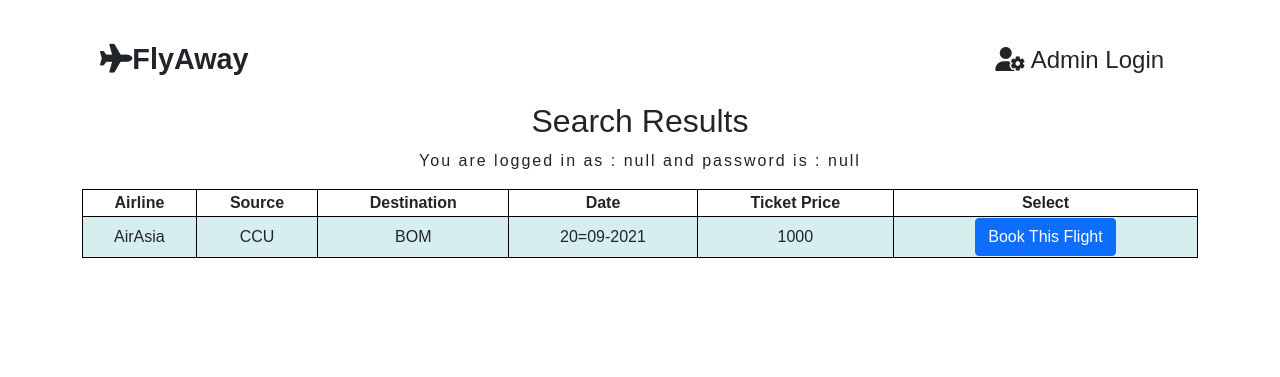
Repository: Niks4u2/FlyAway
Page: http://localhost/flyaway/search-results.jsp
The author's editor kept a copy of each file at every save. The page is drawn from the files as they stood at one save, then again after the next save.
The browser window is 1280 px wide. The pictures show the whole page.
Some web fonts or font styles are not loaded; a fallback is used. Some web libraries are served in a nearby version. The page is served by Tomcat 10.

Above is the page before, as saved 2021-09-26 16:23:37.

After the next save:
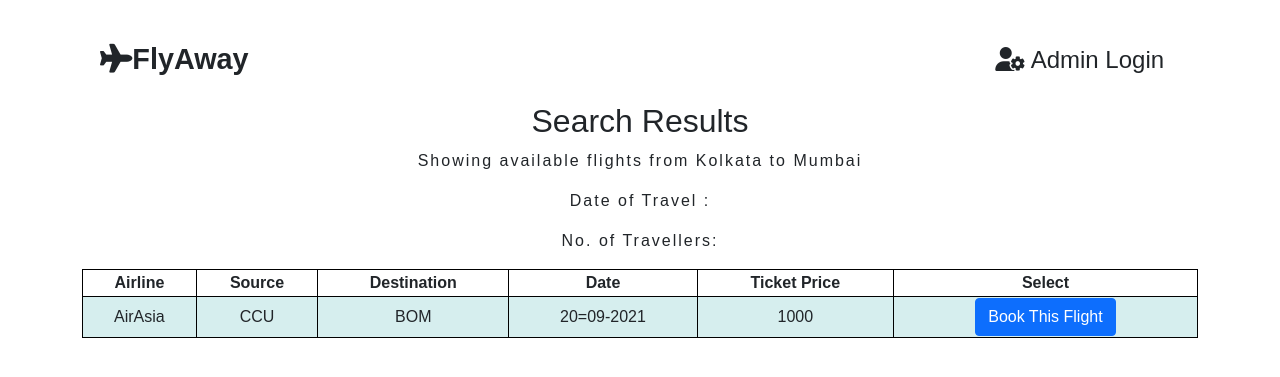
Saved 2 min 25 s later.
--- a/Source Code/flyaway/src/main/webapp/search-results.jsp
+++ b/Source Code/flyaway/src/main/webapp/search-results.jsp
@@ -96,12 +96,9 @@ table, th, td {
 			</div>
 			<div class="col-md-12 text-center text-dark">
 				<h2>Search Results</h2>
-				<p>
-					You are logged in as :
-					<%= session.getAttribute("email") %>
-					and password is :
-					<%= session.getAttribute("password") %>
-				</p>
+                <p>Showing available flights from Kolkata to Mumbai</p>
+                <p>Date of Travel : </p>
+                <p>No. of Travellers: </p>
 			</div>
 
 		</div>
